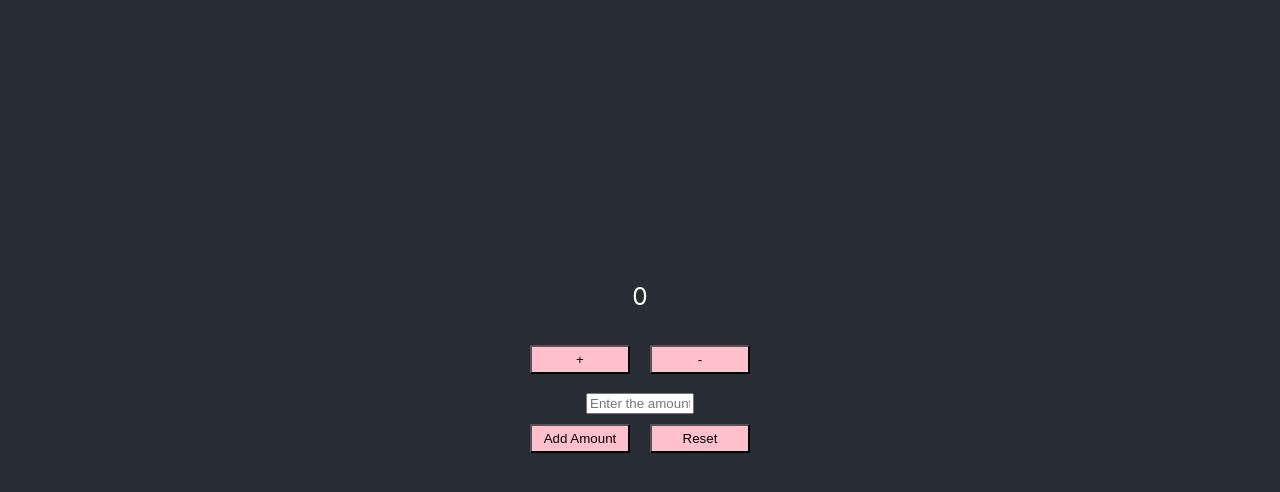
Repository: mahsa199170/React-Redux-Projects
Page: / (app in counter-app-redux-toolkit/)
An editor plug-in stored every save of this project. The page is shown before and after the next save, followed by the edit.
The browser window is 1280 px wide. The pictures show the whole page.
The project was rebuilt for these pictures with package versions that can differ from the ones it lists, and the page was loaded fresh each time.

Above is the page before, as saved 2024-10-28 15:17:43.

After the next save:
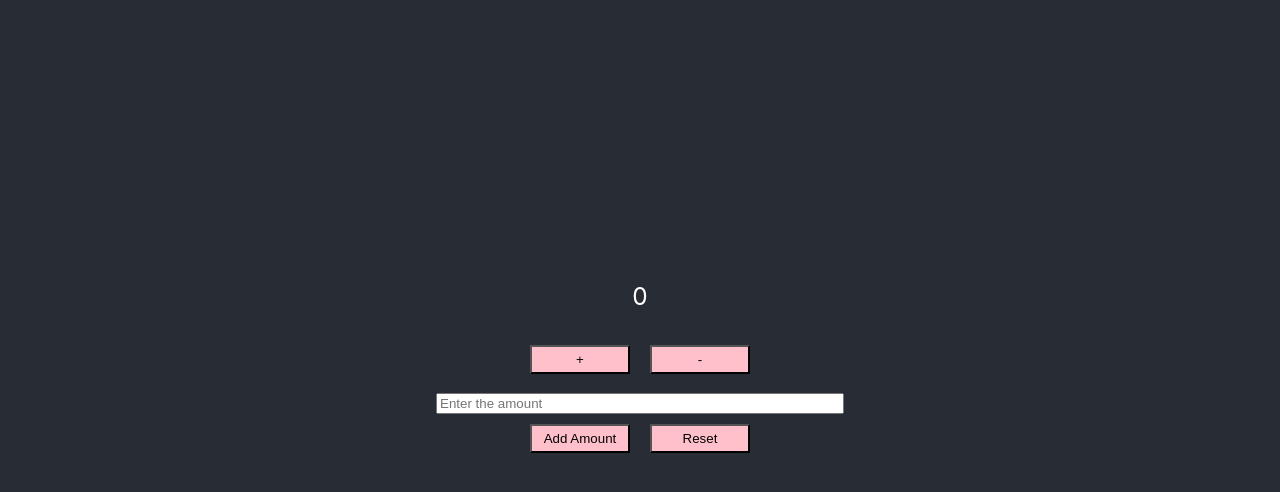
Saved 4 s later.
--- a/counter-app-redux-toolkit/src/components/counter/Counter.scss
+++ b/counter-app-redux-toolkit/src/components/counter/Counter.scss
@@ -6,5 +6,5 @@ button {
 }
 
 input {
-  width: 100px;
+  width: 400px;
 }
